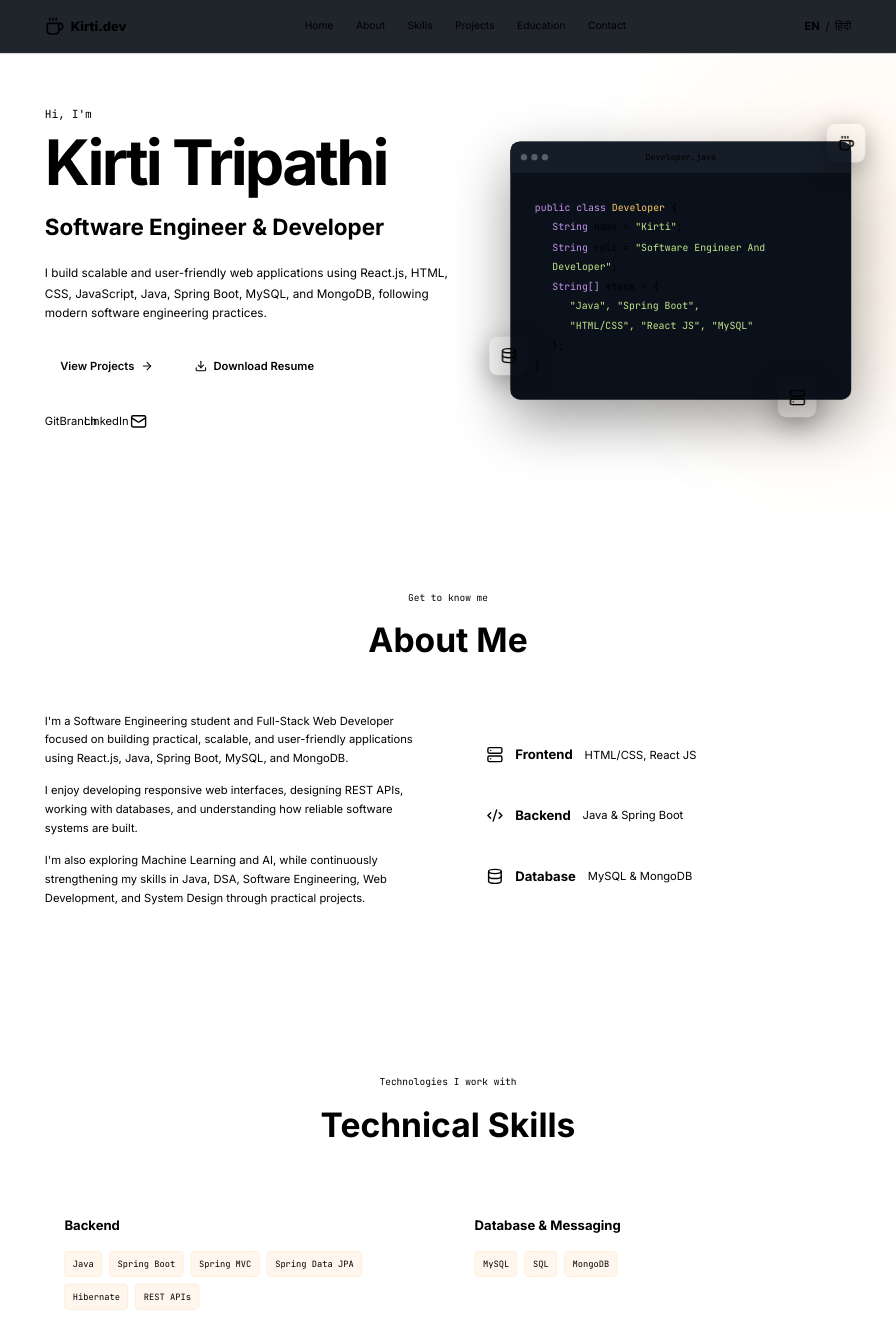
Repository: Rashi-Kirti06/En-Hi-Portfolio
Page: /
The author's editor kept a copy of each file at every save. The page is drawn from the files as they stood at one save, then again after the next save.
The browser window is 1280 px wide. The pictures show the part of the page from y = 0 to 1920 px (the page is 4976 px tall before and 4993 px after), at 70% of full size.
The project was rebuilt for these pictures with package versions that can differ from the ones it lists, and the page was loaded fresh each time. Also part of the build but not shown: vite.config.js.

Above is the page before, as saved 2026-09-06 16:56:54.

### index.html
<!doctype html>

<html lang="en">

<head>

  <meta charset="UTF-8" />

  <meta
    name="viewport"
    content="width=device-width, initial-scale=1.0"
  />

  <meta
    name="description"
    content="Kirti Tripathi - Java and Spring Boot Backend Developer portfolio."
  />

  <meta
    name="keywords"
    content="Java Developer, Spring Boot Developer, Backend Developer, Java Portfolio"
  />

  <meta name="author" content="Kirti Tripathi" />

  <title>
    Kirti Tripathi | Java Backend Developer
  </title>

</head>

<body>

  <div id="root"></div>

  <script
    type="module"
    src="/src/main.jsx"
  ></script>

</body>

</html>

### src/index.css
@import url("https://fonts.googleapis.com/css2?family=Inter:wght@400;500;600;700;800&family=JetBrains+Mono:wght@400;500;600&display=swap");

:root {
  /* --background: #080d14;
  --background-secondary: #0d141e;
  --card: #111a26;
  --card-hover: #162231;

  --text: #f4f7fb;
  --text-muted: #9ba9ba;

  --primary: #f89820;
  --primary-hover: #ffad42;

  --green: #58d68d;

  --border: #233142; */

  /* --background: #07111f;
--background-secondary: #0b1728;
--card: #101d2f;
--card-hover: #152840;
--text: #f1f5f9;
--text-muted: #94a3b8;
--primary: #22d3ee;
--primary-hover: #06b6d4;
--green: #34d399;
--border: #1e344d; */

/* --background: #0c0914;
--background-secondary: #130f1f;
--card: #1a1428;
--card-hover: #241b36;
--text: #f5f3ff;
--text-muted: #aaa3bb;
--primary: #a78bfa;
--primary-hover: #8b5cf6;
--green: #6ee7b7;
--border: #302544; */

/* --background: #07121a;
--background-secondary: #0b1c26;
--card: #102530;
--card-hover: #16323f;
--text: #f0fdf4;
--text-muted: #91a7ad;
--primary: #34d399;
--primary-hover: #10b981;
--green: #6ee7b7;
--border: #1d3b46; */

/* --background: #070b14;
--background-secondary: #0c1220;
--card: #111a2b;
--card-hover: #17243a;
--text: #f8fafc;
--text-muted: #94a3b8;
--primary: #3b82f6;
--primary-hover: #60a5fa;
--green: #4ade80;
--border: #223452; */

/* --background: #0e0b10;
--background-secondary: #171219;
--card: #201820;
--card-hover: #2a202a;
--text: #faf5f9;
--text-muted: #a99da6;
--primary: #f472b6;
--primary-hover: #ec4899;
--green: #86efac;
--border: #382b37; */

/* --background: #0a0f14;
--background-secondary: #101820;
--card: #17212b;
--card-hover: #1d2b37;
--text: #f8fafc;
--text-muted: #9aa8b5;
--primary: #fbbf24;
--primary-hover: #f59e0b;
--green: #4ade80;
--border: #293946; */

/* --background: #f8fafc;
--background-secondary: #f1f5f9;
--card: #ffffff;
--card-hover: #f8fafc;
--text: #0f172a;
--text-muted: #64748b;
--primary: #2563eb;
--primary-hover: #1d4ed8;
--green: #16a34a;
--border: #e2e8f0; */

/* --background: #f4f9fb;
--background-secondary: #eaf4f7;
--card: #ffffff;
--card-hover: #f2fbfd;
--text: #102027;
--text-muted: #607d86;
--primary: #0891b2;
--primary-hover: #0e7490;
--green: #059669;
--border: #d5e5e9; */

/* --background: #f7faf7;
--background-secondary: #eef6f0;
--card: #ffffff;
--card-hover: #f4faf5;
--text: #14231a;
--text-muted: #66756b;
--primary: #059669;
--primary-hover: #047857;
--green: #16a34a;
--border: #dce9df; */

/* --background: #faf9ff;
--background-secondary: #f3f0ff;
--card: #ffffff;
--card-hover: #f8f6ff;
--text: #181326;
--text-muted: #716b82;
--primary: #7c3aed;
--primary-hover: #6d28d9;
--green: #16a34a;
--border: #e5def5; */

/* --background: #f5f7fa;
--background-secondary: #edf0f5;
--card: #ffffff;
--card-hover: #f8fafc;
--text: #111827;
--text-muted: #6b7280;
--primary: #4f46e5;
--primary-hover: #4338ca;
--green: #16a34a;
--border: #dfe3eb; */

/** achha h */
/* --background: #fcfaf5;
--background-secondary: #f7f2e8;
--card: #ffffff;
--card-hover: #fffdf8;
--text: #1c1917;
--text-muted: #78716c;
--primary: #d97706;
--primary-hover: #b45309;
--green: #16a34a;
--border: #e7dfd1; */

/* --background: #f8fafc;
--background-secondary: #eef2f7;
--card: #ffffff;
--card-hover: #f5f8fc;
--text: #0b1f33;
--text-muted: #64748b;
--primary: #0f4c81;
--primary-hover: #0b3a63;
--green: #15803d;
--border: #dbe3ec; */

/* --background: #171b21;
--background-secondary: #1d2229;
--card: #232932;
--card-hover: #29313b;
--text: #e8edf2;
--text-muted: #9da7b2;
--primary: #6ea8fe;
--primary-hover: #82b5ff;
--green: #70c596;
--border: #343c47; */

/* --background: #181c1d;
--background-secondary: #202526;
--card: #272d2e;
--card-hover: #2e3637;
--text: #e7eceb;
--text-muted: #9da8a7;
--primary: #67b7b0;
--primary-hover: #79c5be;
--green: #78c99a;
--border: #394243; */

/* --background: #1a1c1f;
--background-secondary: #222529;
--card: #2a2d31;
--card-hover: #31353a;
--text: #e6e8eb;
--text-muted: #a0a5ab;
--primary: #8aa4b8;
--primary-hover: #9bb5c8;
--green: #7fba91;
--border: #393d42; */

/* --background: #171c1a;
--background-secondary: #1e2522;
--card: #272f2b;
--card-hover: #2e3833;
--text: #e8edea;
--text-muted: #9da8a2;
--primary: #7fb69a;
--primary-hover: #91c5aa;
--green: #82c79b;
--border: #37413c; */


  --max-width: 1180px;

  --transition: 0.3s ease;
}

* {
  margin: 0;
  padding: 0;
  box-sizing: border-box;
}

html {
  scroll-behavior: smooth;
  scroll-padding-top: 80px;
}

body {
  font-family: "Inter", sans-serif;
  background: var(--background);
  color: var(--text);
  line-height: 1.7;
  overflow-x: hidden;
}

a {
  color: inherit;
  text-decoration: none;
}

button {
  font: inherit;
}

.container {
  width: min(90%, var(--max-width));
  margin-inline: auto;
}

.section {
  padding: 110px 0;
}

.alt-section {
  background: var(--background-secondary);
}

/* ==========================
   Navbar
========================== */

.navbar {
  position: fixed;
  width: 100%;
  top: 0;
  z-index: 1000;

  background: rgba(8, 13, 20, 0.9);
  backdrop-filter: blur(15px);

  border-bottom: 1px solid rgba(255,255,255,0.06);
}

.nav-container {
  height: 75px;

  display: flex;
  align-items: center;
  justify-content: space-between;
}

.logo {
  display: flex;
  align-items: center;
  gap: 9px;

  font-weight: 800;
  font-size: 1.15rem;

  color: var(--primary);
}

.nav-links {
  display: flex;
  align-items: center;
  gap: 32px;
}

.nav-links a {
  color: var(--text-muted);
  font-size: 0.92rem;
  transition: var(--transition);
}

.nav-links a:hover {
  color: var(--primary);
}

.nav-actions {
  display: flex;
  align-items: center;
  gap: 20px;
}

.language-switcher,
.language-mobile {
  display: flex;
  align-items: center;
  gap: 8px;
}

.language-switcher button,
.language-mobile button {
  border: none;
  background: transparent;
  color: var(--text-muted);
  cursor: pointer;
}

.lang-active {
  color: var(--primary) !important;
  font-weight: 700;
}

.mobile-menu {
  border: 0;
  background: transparent;
  color: white;
  cursor: pointer;
  display: none;
}

.language-mobile {
  display: none;
}

/* ==========================
   Hero
========================== */

.hero {
  min-height: 100vh;

  display: flex;
  align-items: center;

  padding-top: 150px;

  position: relative;
  overflow: hidden;
}

.hero::before {
  content: "";

  position: absolute;

  width: 500px;
  height: 500px;

  background: rgba(248, 152, 32, 0.08);

  border-radius: 50%;

  filter: blur(100px);

  top: 100px;
  right: -200px;

  pointer-events: none;
}

.hero-grid {
  display: grid;
  grid-template-columns: 1.1fr 0.9fr;
  gap: 70px;

  align-items: center;
}

.availability {
  display: inline-flex;
  align-items: center;
  gap: 9px;

  padding: 8px 14px;

  border: 1px solid var(--border);
  border-radius: 100px;

  color: var(--text-muted);

  font-size: 0.8rem;

  margin-bottom: 25px;

  background: rgba(255,255,255,0.02);
}

.availability-dot {
  width: 8px;
  height: 8px;

  border-radius: 50%;

  background: var(--green);

  box-shadow:
    0 0 10px var(--green);
}

.hero-greeting {
  color: var(--primary);

  font-family:
    "JetBrains Mono",
    monospace;

  font-size: 1rem;

  margin-bottom: 10px;
}

.hero h1 {
  font-size: clamp(
    3rem,
    7vw,
    5.7rem
  );

  line-height: 1;

  letter-spacing: -4px;

  margin-bottom: 20px;
}

.hero h2 {
  font-size: clamp(
    1.4rem,
    3vw,
    2rem
  );

  color: var(--text-muted);

  margin-bottom: 25px;
}

.hero-description {
  color: var(--text-muted);

  max-width: 650px;

  font-size: 1.05rem;

  margin-bottom: 35px;
}

.hero-buttons {
  display: flex;
  flex-wrap: wrap;
  gap: 15px;

  margin-bottom: 30px;
}

/* Buttons */

.btn {
  display: inline-flex;

  align-items: center;

  justify-content: center;

  gap: 9px;

  padding: 13px 22px;

  border-radius: 8px;

  font-weight: 600;

  transition: var(--transition);
}

.btn-primary {
  background: var(--primary);
  color: #090909;
}

.btn-primary:hover {
  background: var(--primary-hover);

  transform:
    translateY(-3px);
}

.btn-secondary {
  border:
    1px solid var(--border);

  background: var(--card);
}

.btn-secondary:hover {
  border-color:
    var(--primary);

  transform:
    translateY(-3px);
}

/* Social */

.social-links {
  display: flex;
  gap: 13px;
}

.social-links a {
  width: 43px;
  height: 43px;

  display: grid;
  place-items: center;

  border: 1px solid var(--border);

  border-radius: 8px;

  color: var(--text-muted);

  transition: var(--transition);
}

.social-links a:hover {
  color: var(--primary);

  border-color:
    var(--primary);

  transform:
    translateY(-3px);
}

/* Code card */

.hero-visual {
  position: relative;
}

.developer-card {
  border:
    1px solid var(--border);

  border-radius: 14px;

  overflow: hidden;

  background: #0b111a;

  box-shadow:
    0 30px 80px rgba(0,0,0,0.4);
}

.terminal-header {
  height: 45px;

  display: flex;
  align-items: center;

  padding: 0 15px;

  background: #151d28;

  color: var(--text-muted);

  font-size: 0.75rem;

  font-family:
    "JetBrains Mono",
    monospace;

  position: relative;
}

.terminal-header > span {
  position: absolute;
  left: 50%;

  transform:
    translateX(-50%);
}

.terminal-dots {
  display: flex;
  gap: 6px;
}

.terminal-dots span {
  width: 9px;
  height: 9px;

  border-radius: 50%;

  background: #56606c;
}

.code-window {
  padding: 35px;

  font-family:
    "JetBrains Mono",
    monospace;

  font-size: 0.88rem;

  line-height: 2;

  overflow-x: auto;
}

.code-purple {
  color: #c792ea;
}

.code-yellow {
  color: #ffcb6b;
}

.code-green {
  color: #c3e88d;
}

.indent {
  padding-left: 25px;
}

.indent-two {
  padding-left: 50px;
}

.floating-icon {
  width: 55px;
  height: 55px;

  border-radius: 12px;

  display: grid;
  place-items: center;

  position: absolute;

  color: var(--primary);

  background: var(--card);

  border:
    1px solid var(--border);

  box-shadow:
    0 10px 40px rgba(0,0,0,.35);

  animation:
    floating 4s ease-in-out infinite;
}

.icon-java {
  top: -25px;
  right: -20px;
}

.icon-db {
  bottom: 35px;
  left: -30px;

  animation-delay: 1s;
}

.icon-server {
  bottom: -25px;
  right: 50px;

  animation-delay: 2s;
}

@keyframes floating {
  0%, 100% {
    transform:
      translateY(0);
  }

  50% {
    transform:
      translateY(-10px);
  }
}

/* ==========================
   Section Headings
========================== */

.section-heading {
  text-align: center;

  margin-bottom: 60px;
}

.section-heading p {
  color: var(--primary);

  font-family:
    "JetBrains Mono",
    monospace;

  font-size: 0.85rem;

  margin-bottom: 8px;
}

.section-heading h2 {
  font-size:
    clamp(
      2rem,
      4vw,
      3rem
    );
}

/* ==========================
   About
========================== */

.about-grid {
  display: grid;

  grid-template-columns:
    1fr 1fr;

  gap: 70px;

  align-items: center;
}

.about-text p {
  color: var(--text-muted);

  margin-bottom: 18px;
}

.about-cards {
  display: grid;
  gap: 15px;
}

.mini-card {
  padding: 20px;

  border: 1px solid var(--border);

  border-radius: 10px;

  display: flex;

  align-items: center;

  gap: 17px;

  transition:
    var(--transition);
}

.mini-card:hover {
  border-color:
    var(--primary);

  transform:
    translateX(7px);
}

.mini-card svg {
  color: var(--primary);
}

.mini-card p {
  color:
    var(--text-muted);
}

/* ==========================
   Skills
========================== */

.skills-grid {
  display: grid;

  grid-template-columns:
    repeat(2, 1fr);

  gap: 20px;
}

.skill-card {
  padding: 28px;

  background: var(--card);

  border:
    1px solid var(--border);

  border-radius: 12px;

  transition:
    var(--transition);
}

.skill-card:hover {
  border-color:
    rgba(248,152,32,.55);

  transform:
    translateY(-4px);
}

.skill-card h3 {
  margin-bottom: 20px;
}

.skill-tags {
  display: flex;

  flex-wrap: wrap;

  gap: 10px;
}

.skill-tags span,
.project-tech span {
  padding: 7px 11px;

  border-radius: 6px;

  background:
    rgba(248,152,32,.08);

  border:
    1px solid rgba(248,152,32,.16);

  color:
    var(--primary);

  font-size:
    .78rem;

  font-family:
    "JetBrains Mono",
    monospace;
}

/* ==========================
   Projects
========================== */

.projects-grid {
  display: grid;

  grid-template-columns:
    repeat(3, 1fr);

  gap: 20px;
}

.project-card {
  background: var(--card);

  border:
    1px solid var(--border);

  border-radius: 12px;

  padding: 30px;

  display: flex;
  flex-direction: column;

  transition:
    var(--transition);

  position: relative;

  overflow: hidden;
}

.project-card::before {
  content: "";

  position: absolute;

  width: 130px;
  height: 130px;

  background:
    rgba(248,152,32,.07);

  border-radius: 50%;

  top: -70px;
  right: -50px;

  filter: blur(20px);
}

.project-card:hover {
  transform:
    translateY(-7px);

  border-color:
    rgba(248,152,32,.5);
}

.project-number {
  color:
    var(--primary);

  font-family:
    "JetBrains Mono",
    monospace;

  margin-bottom:
    15px;
}

.project-card h3 {
  font-size:
    1.35rem;

  margin-bottom:
    15px;
}

.project-card > p {
  color:
    var(--text-muted);

  margin-bottom:
    20px;

  flex-grow: 1;
}

.project-tech {
  display: flex;

  flex-wrap: wrap;

  gap: 7px;

  margin-bottom:
    25px;
}

.project-actions {
  display: flex;

  gap: 18px;

  flex-wrap: wrap;
}

.project-actions a {
  display: flex;

  align-items: center;

  gap: 7px;

  color:
    var(--text-muted);

  font-size:
    .85rem;

  transition:
    var(--transition);
}

.project-actions a:hover {
  color:
    var(--primary);
}

/* ==========================
   Learning
========================== */

.learning-description {
  color:
    var(--text-muted);

  text-align: center;

  max-width:
    650px;

  margin:
    -30px auto
    45px;
}

.learning-grid {
  display: grid;

  grid-template-columns:
    repeat(3,1fr);

  gap: 15px;
}

.learning-card {
  border:
    1px solid var(--border);

  background:
    var(--card);

  border-radius:
    10px;

  padding:
    20px;

  display:
    flex;

  gap: 15px;

  align-items:
    center;
}

.learning-card span {
  display:
    grid;

  place-items:
    center;

  width:
    34px;

  height:
    34px;

  border-radius:
    7px;

  color:
    var(--primary);

  background:
    rgba(248,152,32,.1);

  font-family:
    "JetBrains Mono",
    monospace;
}

/* ==========================
   Education
========================== */

.education-card {
  max-width:
    700px;

  margin:
    auto;

  padding:
    30px;

  display:
    flex;

  gap:
    22px;

  background:
    var(--card);

  border:
    1px solid
    var(--border);

  border-radius:
    12px;
}

.education-icon {
  width:
    60px;

  height:
    60px;

  flex-shrink: 0;

  display:
    grid;

  place-items:
    center;

  border-radius:
    10px;

  color:
    var(--primary);

  background:
    rgba(248,152,32,.1);
}

.education-card h4 {
  color:
    var(--primary);

  margin:
    4px 0;
}

.education-card p,
.education-card span {
  color:
    var(--text-muted);
}

/* ==========================
   Contact
========================== */

.contact-box {
  text-align:
    center;

  max-width:
    800px;

  margin:
    auto;
}

.contact-box > p {
  color:
    var(--text-muted);

  max-width:
    600px;

  margin:
    0 auto 40px;
}

.contact-links {
  display:
    grid;

  grid-template-columns:
    repeat(3,1fr);

  gap:
    15px;
}

.contact-card {
  padding:
    24px;

  display:
    flex;

  flex-direction:
    column;

  gap:
    12px;

  align-items:
    center;

  border:
    1px solid var(--border);

  background:
    var(--card);

  border-radius:
    10px;

  transition:
    var(--transition);
}

.contact-card svg {
  color:
    var(--primary);
}

.contact-card:hover {
  border-color:
    var(--primary);

  transform:
    translateY(-5px);
}

/* ==========================
   Footer
========================== */

.footer {
  border-top:
    1px solid var(--border);

  padding:
    30px 0;
}

.footer-content {
  display:
    flex;

  justify-content:
    space-between;

  align-items:
    center;

  gap:
    20px;

  color:
    var(--text-muted);

  font-size:
    .8rem;
}

.footer-logo {
  display:
    flex;

  align-items:
    center;

  gap:
    8px;

  color:
    var(--primary);

  font-weight:
    700;
}

/* ==========================
   Tablet
========================== */

@media (max-width: 950px) {

  .hero-grid {
    grid-template-columns:
      1fr;
  }

  .hero-content {
    text-align:
      center;
  }

  .availability {
    margin-inline:
      auto;
  }

  .hero-description {
    margin-inline:
      auto;
  }

  .hero-buttons,
  .social-links {
    justify-content:
      center;
  }

  .hero-visual {
    max-width:
      600px;

    margin:
      40px auto 0;
  }

  .projects-grid {
    grid-template-columns:
      repeat(2,1fr);
  }

  .about-grid {
    grid-template-columns:
      1fr;
  }
}

/* ==========================
   Mobile Navigation
========================== */

@media (max-width: 760px) {

  .section {
    padding:
      80px 0;
  }

  .mobile-menu {
    display:
      block;
  }

  .language-switcher {
    display:
      none;
  }

  .nav-links {
    position:
      fixed;

    top:
      75px;

    left:
      0;

    width:
      100%;

    background:
      #0d141e;

    flex-direction:
      column;

    align-items:
      center;

    padding:
      35px;

    border-bottom:
      1px solid
      var(--border);

    transform:
      translateY(-150%);

    opacity:
      0;

    transition:
      .35s ease;
  }

  .nav-links.active {
    transform:
      translateY(0);

    opacity:
      1;
  }

  .language-mobile {
    display:
      flex;

    margin-top:
      10px;
  }

  .hero {
    padding-top:
      120px;
  }

  .hero h1 {
    letter-spacing:
      -2px;
  }

  .skills-grid,
  .projects-grid,
  .learning-grid,
  .contact-links {
    grid-template-columns:
      1fr;
  }

  .floating-icon {
    display:
      none;
  }

  .education-card {
    flex-direction:
      column;
  }

  .footer-content {
    flex-direction:
      column;

    text-align:
      center;
  }

}

/* ==========================
   Small Phones
========================== */

@media (max-width: 480px) {

  .hero-buttons {
    flex-direction:
      column;
  }

  .btn {
    width:
      100%;
  }

  .code-window {
    padding:
      22px 15px;

    font-size:
      .72rem;
  }

}

### src/App.jsx
import { useState } from "react";

import Navbar from "./components/Navbar";
import Hero from "./components/Hero";
import About from "./components/About";
import Skills from "./components/Skills";
import Projects from "./components/Projects";
import Learning from "./components/Learning";
import Education from "./components/Education";
import Contact from "./components/Contact";
import Footer from "./components/Footer";

function App() {
  const [language, setLanguage] = useState("en");

  return (
    <>
      <Navbar language={language} setLanguage={setLanguage} />

      <main>
        <Hero language={language} />
        <About language={language} />
        <Skills language={language} />
        <Projects language={language} />
        <Learning language={language} />
        <Education language={language} />
        <Contact language={language} />
      </main>

      <Footer language={language} />
    </>
  );
}

export default App;

### src/components/Education.jsx
import { GraduationCap } from "lucide-react";
import SectionTitle from "./SectionTitle";
import { translations } from "../data/translations";

function Education({ language }) {
  const t = translations[language].education;

  return (
    <section
      id="education"
      className="section alt-section"
    >
      <div className="container">

        <SectionTitle
          subtitle={t.subtitle}
          title={t.title}
        />

        <div className="education-card">

          <div className="education-icon">
            <GraduationCap size={34} />
          </div>

          <div>
            <h3>{t.degree}</h3>

            <h4>{t.course}</h4>

            <p>{t.college}</p>

            <span>{t.year}</span>
          </div>

        </div>

      </div>
    </section>
  );
}

export default Education;

### src/components/Footer.jsx
import { Coffee } from "lucide-react";
import { translations } from "../data/translations";

function Footer({ language }) {
  const t = translations[language].footer;

  return (
    <footer className="footer">
      <div className="container footer-content">

        <div className="footer-logo">
          <Coffee size={22} />
          Kirti.dev
        </div>

        <p>
          © {new Date().getFullYear()} Kirti Tripathi
        </p>

        <p>{t.text}</p>

      </div>
    </footer>
  );
}

export default Footer;

### src/components/SectionTitle.jsx
function SectionTitle({ subtitle, title }) {
  return (
    <div className="section-heading">
      <p>{subtitle}</p>
      <h2>{title}</h2>
    </div>
  );
}

export default SectionTitle;

Loaded but not shown: src/main.jsx (common file); src/data/translations.jsx (151 lines, source omitted); src/components/Hero.jsx (169 lines, source omitted); src/components/Projects.jsx (165 lines, source omitted); src/components/Navbar.jsx (93 lines, source omitted); src/components/Skills.jsx (96 lines, source omitted); src/components/About.jsx (61 lines, source omitted); src/components/Contact.jsx (63 lines, source omitted); src/components/Learning.jsx (63 lines, source omitted)

After the next save:
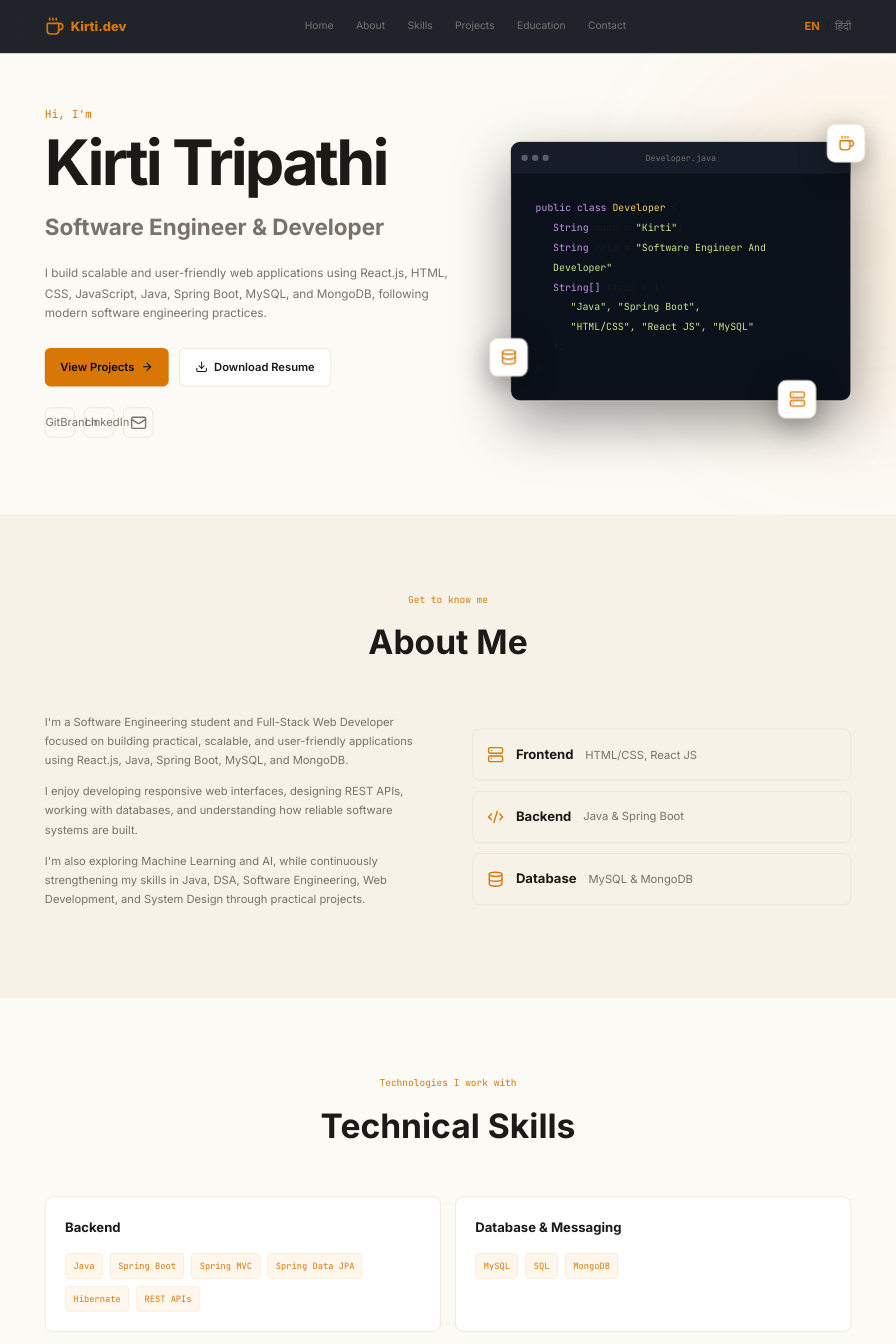
Saved 12 s later.
--- a/src/index.css
+++ b/src/index.css
@@ -138,7 +138,7 @@
 --border: #dfe3eb; */
 
 /** achha h */
-/* --background: #fcfaf5;
+--background: #fcfaf5;
 --background-secondary: #f7f2e8;
 --card: #ffffff;
 --card-hover: #fffdf8;
@@ -147,7 +147,7 @@
 --primary: #d97706;
 --primary-hover: #b45309;
 --green: #16a34a;
---border: #e7dfd1; */
+--border: #e7dfd1;
 
 /* --background: #f8fafc;
 --background-secondary: #eef2f7;
